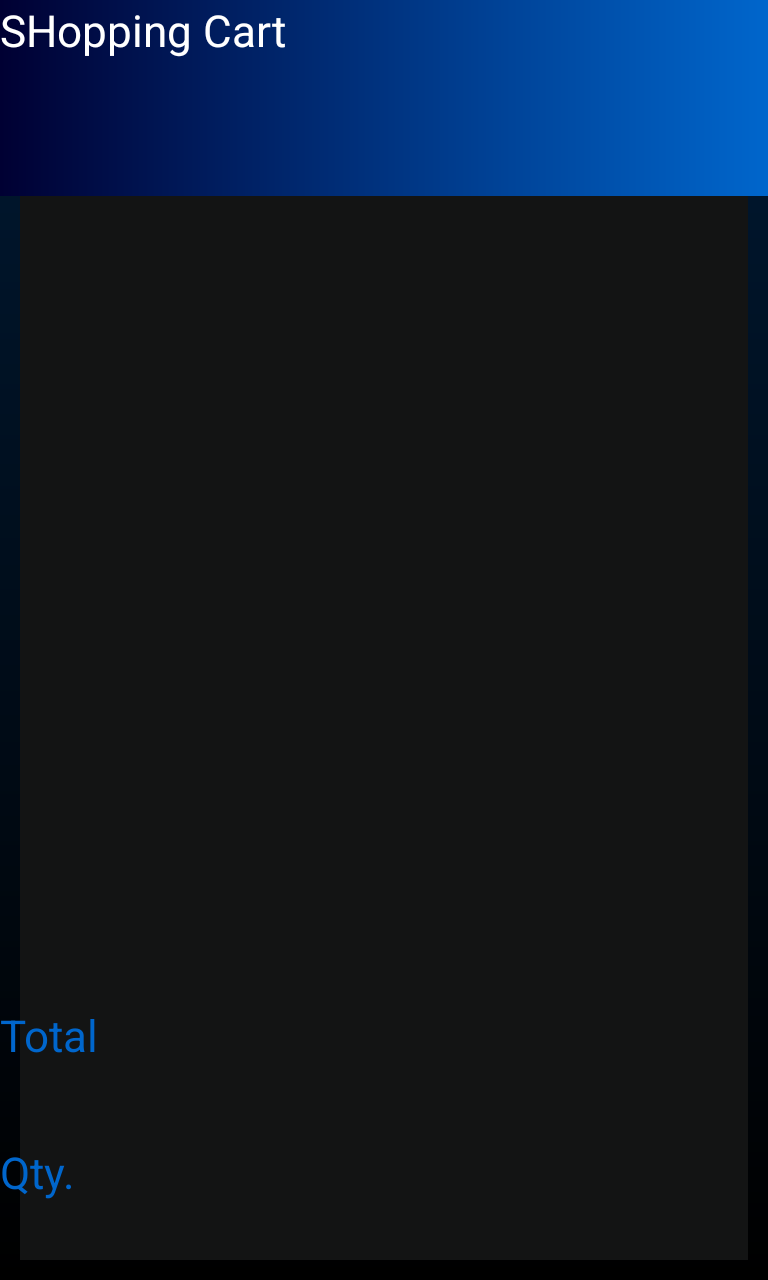
Repository: jasleen1291/B2BMobileApplication
Layout: Mobile E Commerce/B2B/res/layout/fragment_my_shopping_cart.xml
These files come from the project's save history. The layout is drawn as it stood at one moment and after the next save; the edit follows.
It is drawn on a 768 x 1280 px phone screen (xhdpi) without system bars, with theme mycustomtheme; the app's code is not run. Lists and similar views that code fills are empty.

Above is the layout before, as saved 2013-05-28 21:39:07.

### Mobile E Commerce/B2B/res/layout/fragment_my_shopping_cart.xml
<LinearLayout xmlns:android="http://schemas.android.com/apk/res/android"
    xmlns:tools="http://schemas.android.com/tools"
    android:layout_width="match_parent"
    android:layout_height="match_parent"
    android:orientation="vertical"
    tools:context=".MyShoppingCart" >

    <!-- TODO: Update blank fragment layout -->

    <TextView
        style="@style/titlebarstyle"
        android:layout_weight="1"
        android:text="@string/shoppingcart" />

    <ListView
        android:id="@+id/listView1"
        android:layout_width="match_parent"
        android:layout_height="0dp"
        android:layout_weight="5.74" >
    </ListView>

    <LinearLayout
        android:layout_width="match_parent"
        android:layout_height="0dp"
        android:layout_weight="1" >

        <TextView
            android:id="@+id/textView1"
            android:layout_width="wrap_content"
            android:layout_height="wrap_content"
            android:text="@string/total"
            android:textAppearance="?android:attr/textAppearanceLarge" />

        <TextView
            android:id="@+id/total"
            android:layout_width="wrap_content"
            android:layout_height="wrap_content"
             />



    </LinearLayout>
 <LinearLayout
        android:layout_width="match_parent"
        android:layout_height="0dp"
        android:layout_weight="1" >

        <TextView
            android:id="@+id/textView2"
            android:layout_width="wrap_content"
            android:layout_height="wrap_content"
            android:text="@string/qty"
            android:textAppearance="?android:attr/textAppearanceLarge" />

        <TextView
            android:id="@+id/qty"
            android:layout_width="wrap_content"
            android:layout_height="wrap_content"
             />



    </LinearLayout>
</LinearLayout>

### Mobile E Commerce/B2B/res/values/mycustomtheme.xml
<?xml version="1.0" encoding="utf-8"?>
<resources xmlns:android="http://schemas.android.com/apk/res/android">
    <style name="mycustomtheme" parent="@android:style/Theme.NoTitleBar.Fullscreen">
        <item name="android:windowBackground">@drawable/mybg</item>
       	<item name="android:textColor">#0066cc</item>
       	<item name="android:textColorHint">#51BFE2</item>
    </style>

</resources>

### Mobile E Commerce/B2B/res/drawable/mybg.xml
<?xml version="1.0" encoding="utf-8"?>
<layer-list  xmlns:android="http://schemas.android.com/apk/res/android">
    <item>
<shape android:shape="rectangle">



        <gradient android:startColor="#001933"  android:endColor="#000" android:angle="270"/>


</shape>
</item>
<item android:left="10dp" android:top="10dp" android:right="10dp" android:bottom="10dp">

<shape android:shape="rectangle">



        <solid android:color="#131414"></solid>


</shape>
</item>
</layer-list>

### Mobile E Commerce/B2B/res/values/styles.xml
<?xml version="1.0" encoding="utf-8"?>
<resources xmlns:android="http://schemas.android.com/apk/res/android">

    <!--
        Base application theme, dependent on API level. This theme is replaced
        by AppBaseTheme from res/values-vXX/styles.xml on newer devices.

    -->
    <style name="AppBaseTheme" parent="android:Theme.Light">
        <!--
            Theme customizations available in newer API levels can go in
            res/values-vXX/styles.xml, while customizations related to
            backward-compatibility can go here.

        -->
    </style>

    <!-- Application theme. -->
    <style name="AppTheme" parent="AppBaseTheme">
        <!-- All customizations that are NOT specific to a particular API-level can go here. -->
    </style>

    <style name="LoginFormContainer">
        <item name="android:layout_width">match_parent</item>
        <item name="android:layout_height">wrap_content</item>
        <item name="android:padding">16dp</item>
    </style>
    <style name="TextViewStyle">
        <item name="android:layout_width">wrap_content</item>
        <item name="android:layout_height">wrap_content</item>
        <item name="android:gravity">right</item>
        <item name="android:textSize">14sp</item>
        <item name="android:textColor">#0066cc</item>
        <item name="android:layout_margin">5dp</item>
    </style>
	<style name="EditTextStyle">
        <item name="android:layout_width">match_parent</item>
        <item name="android:layout_height">wrap_content</item>
        <item name="android:textSize">16sp</item>
        <item name="android:textColor">#0066cc</item>

        <item name="android:layout_marginLeft">16dp</item>
        <item name="android:layout_marginRight">16dp</item>
        <item name="android:layout_marginTop">5dp</item>
        <item name="android:background">@drawable/textview_border</item>
    </style>
	<style name="SpinnerStyle">
        <item name="android:layout_width">match_parent</item>
        <item name="android:layout_height">wrap_content</item>
        <item name="android:textSize">16sp</item>
        <item name="android:textColor">#0066cc</item>

        <item name="android:layout_marginLeft">16dp</item>
        <item name="android:layout_marginRight">16dp</item>
        <item name="android:layout_marginTop">5dp</item>

    </style>
	<style name="titlebarstyle">
	    <item name="android:layout_marginBottom">10dp</item>
        <item name="android:layout_width">match_parent</item>
        <item name="android:layout_height">wrap_content</item>
        <item name="android:background">@drawable/titlebar</item>
        <item name="android:textColor">@android:color/white</item>
        <item name="android:textAppearance">?android:attr/textAppearanceLarge</item>
	</style>
	<style name="titlebarstylesmall">


        <item name="android:textColor">@android:color/white</item>

	</style>
</resources>

### Mobile E Commerce/B2B/res/values/strings.xml
<?xml version="1.0" encoding="utf-8"?>
<resources>

    <string name="app_name">B2B</string>
    <string name="action_settings">Settings</string>
    <string name="hello_world">Hello world!</string>
    <string name="Loading">Loading&#8230;&#8230;&#8230;</string>
    <string name="title_activity_sign_up">Sign Up</string>

    <string-array name="signUpAsArray">
        <item>Customer</item>
        <item>Retailer</item>
        <item>Supplier</item>
    </string-array>

    <string name="title_activity_registeration">RegisterationActivity</string>
    <string name="title_activity_customer_area">CustomerArea</string>
    <string name="welcome">Welcome</string>
    <string name="title_activity_admin_area">Admin_area</string>
    <string name="general_complaint_fragment">General Complaint</string>
    <string name="hello_blank_fragment">Hello blank fragment</string>
    <string name="general_complaint">General Complaint</string>
    <string name="respond">Respond</string>
    <string name="submit">Submit</string>
    <string name="addcategory">Parent Category</string>
    <string name="categoryhint">Category</string>
    <string name="AddParentCategory">Add super category</string>
    <string name="complaintAbout">Complaint About</string>
    <string name="complainFrom">Complaint From</string>
    <string name="itemComplaint">Complaints about Items</string>
    <string name="shopComplaint">Complaint about shop</string>
    <string name="generalNotification">General Notification</string>
    <string name="urgentNotification">Urgent Notification</string>
    <string name="title">Title</string>
    <string name="message">Message</string>
    <string name="markAll">Mark all</string>
    <string name="advertisementPricing">Advertisement Pricing</string>
    <string name="desc">Description</string>
    <string name="days">No of days</string>
    <string name="cost">Cost</string>
    <string name="size">Size of advertisement</string>
    <string name="type">Type</string>
    <string name="fine">Fine</string>
    <string name="pickCategory">Pick a Category</string>

    <string-array name="typeArray">
        <item>Retailer</item>
        <item>Supplier</item>
    </string-array>

    <string name="update">Update</string>
    <string name="delete">Delete</string>
    <string name="view_advertisement">View Advertisements</string>
    <string name="noofcategories">No of Categories</string>
    <string name="shoppricing">Shop Pricing</string>
    <string name="view_fine_pricing">View Fine Pricing</string>
    <string name="shop_pricing">Shop Pricing</string>
    <string name="subCategory">Add Sub Category</string>
    <string name="addshop">Add Shop</string>
    <string name="title_activity_pay_fine">Pay Fine</string>
    <string name="finetitle">Your account has been suspended by the admin. Pay fine to continue using this applciation.</string>
    <string name="fineabc">Your payment has been received. Your account will now be restored. Please wait few minutes</string>
    <string name="title_activity_retailer_area">Retailer_area</string>
    <string name="title_activity_first_time_login">FirstTimeLogin</string>
    <string name="EditMyCategories">Edit My Categories</string>
    <string name="addnewitem">Add New Item</string>
    <string name="itemname">Item Name</string>
    <string name="longdescription">Long Description</string>
    <string name="qtyperunit">Qty Per unit</string>
    <string name="unit_of_measurement">Unit of Measurement</string>
    <string name="shopName">Shop Name</string>
    <string name="description">Description</string>
    <string name="categoriesAllowed">No of categories allowed</string>
    <string name="itemsSelling">No of Items Selling</string>
    <string name="itemsAvailable">No of Items not Selling</string>
    <string name="expirydate">Expiry Date</string>
    <string name="paymentEmail">Payment Email</string>
    <string name="selectcategory">Select a Category</string>
    <string name="clicktochange">Click On Image To Change It</string>
    <string name="cp">C.P.</string>
    <string name="sp">S.P.</string>
    <string name="minorder">Min order</string>
    <string name="discount">Discount</string>
    <string name="qtyonorder">Qty. On Order</string>
    <string name="qtyonhand">Qty. On Hand</string>
    <string name="qty">Qty.</string>
    <string name="viewdetails">View Details</string>
    <string name="note">Long Click on Image to view expanded image</string>
    <string name="chngImg">Change Image</string>
    <string name="addWarehouse">Add Warehouse</string>
    <string name="name">Name</string>
    <string name="cancel">Cancel</string>
    <string name="itemavailabilty">Item Availabilty</string>
    <string name="batchDiscounts">Batch Discounts</string>
    <string name="clicktoupdate">Click to Update</string>
    <string name="add">Add</string>
    <string name="place_order">Place Order</string>
    <string name="Method">Method</string>
    <string name="warehouse">Warehouse</string>
    <string-array name="ordervia">
        <item >Email</item>
        <item >Phone</item>
    </string-array>
        <string name="total">Total</string>
        <string name="zero">0</string>
        <string name="totalitems">Total No of Items</string>
        <string name="date">Date</string>
        <string name="placed_by">Placed To</string>
        <string name="placed_to">Placed To</string>
        <string name="shipment_address">Shipment Address</string>
        <string name="vieworderlist">View Orders List</string>
        <string name="order_details">Order Details</string>
        <string name="update_status">Update Status</string>
        <string name="categories">Categories</string>
        <string name="plan_details">Plan Details</string>
        <string name="choose_background">Choose background</string>
        <string name="buy_advertisement">Buy Advertisement</string>
        <string name="choose_text_color">Choose text Color</string>
        <string name="view_warehouses">View Warehouse</string>
        <string name="shippingPrice">Shipping Price</string>
        <string name="subscribe_items">Subscribe items</string>
        <string name="file_complaint">File A Complaint</string>
        <string name="complain">Complain</string>
        <string name="visitshop">Visit Shop</string>
        <string name="subscribe">Subscribe</string>
        <string name="batch_discount">Batch discounts</string>
        <string name="click_to_check">Click To check</string>
        <string name="mysupplier">My Supplier</string>
        <string name="add_to_cart">Add To cart</string>
        <string name="add_to_wishlist">Add to Wishlist</string>
        <string name="mywishlist">My wishlist</string>
        <string name="shoppingcart">SHopping Cart</string>
        <string name="checkout">Checkout</string>

</resources>

### Mobile E Commerce/B2B/res/drawable/titlebar.xml
<?xml version="1.0" encoding="utf-8"?>
<shape xmlns:android="http://schemas.android.com/apk/res/android" android:shape="rectangle">
    <gradient  android:endColor="#0066CC" android:startColor="#000033"/>

</shape>

After the next save:
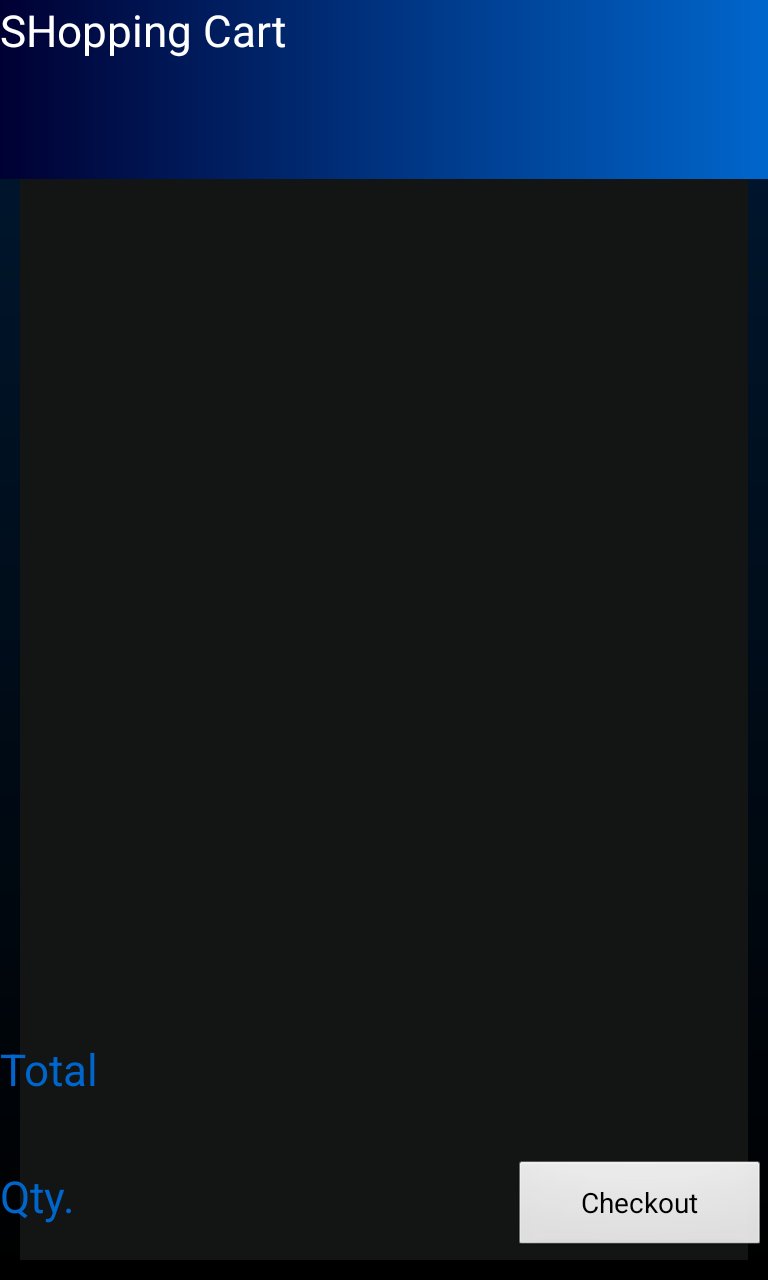
Saved 32 s later.
--- a/Mobile E Commerce/B2B/res/layout/fragment_my_shopping_cart.xml
+++ b/Mobile E Commerce/B2B/res/layout/fragment_my_shopping_cart.xml
@@ -15,8 +15,9 @@
     <ListView
         android:id="@+id/listView1"
         android:layout_width="match_parent"
-        android:layout_height="0dp"
-        android:layout_weight="5.74" >
+        android:layout_weight="7"
+        android:layout_height="0dp" >
+
     </ListView>
 
     <LinearLayout
@@ -40,25 +41,32 @@
 
 
     </LinearLayout>
+
  <LinearLayout
-        android:layout_width="match_parent"
-        android:layout_height="0dp"
-        android:layout_weight="1" >
+     android:layout_width="match_parent"
+     android:layout_height="0dp"
+     android:layout_weight="1" >
 
-        <TextView
-            android:id="@+id/textView2"
-            android:layout_width="wrap_content"
-            android:layout_height="wrap_content"
-            android:text="@string/qty"
-            android:textAppearance="?android:attr/textAppearanceLarge" />
+     <TextView
+         android:id="@+id/textView2"
+         android:layout_width="0dp"
+         android:layout_height="wrap_content"
+         android:layout_weight="1"
+         android:text="@string/qty"
+         android:textAppearance="?android:attr/textAppearanceLarge" />
 
-        <TextView
-            android:id="@+id/qty"
-            android:layout_width="wrap_content"
-            android:layout_height="wrap_content"
-             />
+     <TextView
+         android:id="@+id/qty"
+         android:layout_width="0dp"
+         android:layout_height="wrap_content"
+         android:layout_weight="1" />
 
+     <Button
+         android:id="@+id/button1"
+         android:layout_width="0dp"
+         android:layout_height="wrap_content"
+         android:layout_weight="1"
+         android:text="@string/checkout" />
+ </LinearLayout>
 
-
-    </LinearLayout>
 </LinearLayout>
